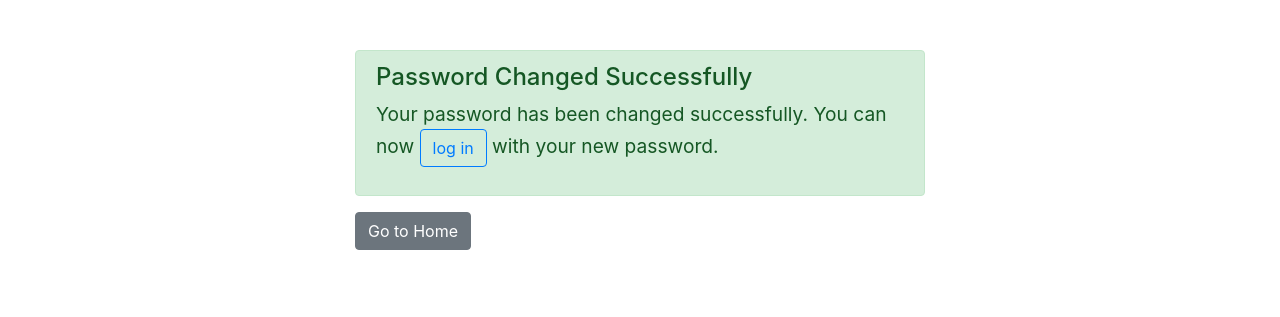
Repository: nyeinsu4520/tourland
Page: http://localhost/password-changed
An editor plug-in stored every save of this project. The page is shown before and after the next save, followed by the edit.
The browser window is 1280 px wide. The pictures show the whole page.
The page is this project's Thymeleaf template; nobody is signed in. The template is opened directly, without the code that normally fills it, so the values that code supplies are empty.

Above is the page before, as saved 2024-07-19 10:08:37.

### Tourland/src/main/resources/templates/password-changed.html
<!DOCTYPE html>
<html xmlns:th="http://www.thymeleaf.org">
<head>
    <title>Password Changed</title>
    <!-- Bootstrap CSS -->
    <link href="https://stackpath.bootstrapcdn.com/bootstrap/4.3.1/css/bootstrap.min.css" rel="stylesheet">
    <!-- Custom CSS for additional styling -->
    <style>
        .container {
            max-width: 600px;
            margin-top: 50px;
        }
        .alert-success {
            font-size: 1.2em;
        }
    </style>
</head>
<body>
    <div class="container">
        <div class="alert alert-success" role="alert">
            <h4 class="alert-heading">Password Changed Successfully</h4>
            <p>Your password has been changed successfully. You can now <a th:href="@{/login}" class="btn btn-outline-primary">log in</a> with your new password.</p>
        </div>
        <a th:href="@{/}" class="btn btn-secondary">Go to Home</a>
    </div>
    <!-- Bootstrap JS, Popper.js, and jQuery -->
    <script src="https://code.jquery.com/jquery-3.3.1.slim.min.js"></script>
    <script src="https://cdnjs.cloudflare.com/ajax/libs/popper.js/1.14.7/umd/popper.min.js"></script>
    <script src="https://stackpath.bootstrapcdn.com/bootstrap/4.3.1/js/bootstrap.min.js"></script>
</body>
</html>

After the next save:
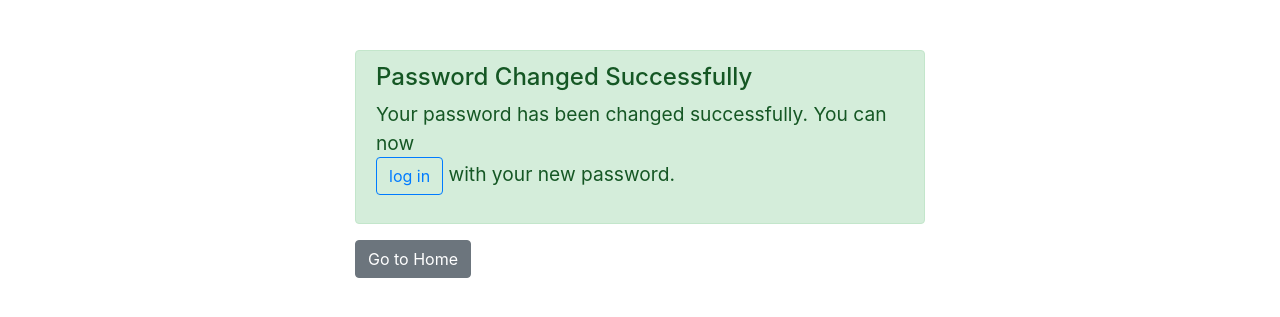
Saved 24 s later.
--- a/Tourland/src/main/resources/templates/password-changed.html
+++ b/Tourland/src/main/resources/templates/password-changed.html
@@ -19,7 +19,7 @@
     <div class="container">
         <div class="alert alert-success" role="alert">
             <h4 class="alert-heading">Password Changed Successfully</h4>
-            <p>Your password has been changed successfully. You can now <a th:href="@{/login}" class="btn btn-outline-primary">log in</a> with your new password.</p>
+            <p>Your password has been changed successfully. You can now <br> <a th:href="@{/login}" class="btn btn-outline-primary">log in</a> with your new password.</p>
         </div>
         <a th:href="@{/}" class="btn btn-secondary">Go to Home</a>
     </div>

After the save that followed:
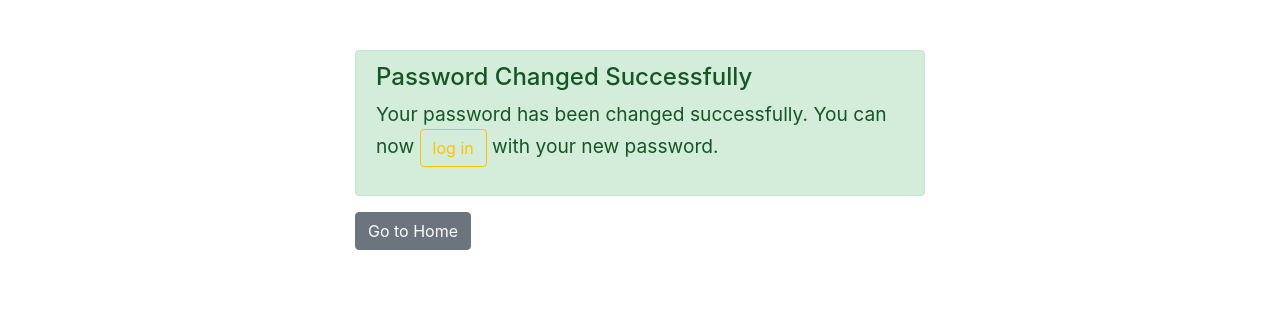
Saved 31 s later.
--- a/Tourland/src/main/resources/templates/password-changed.html
+++ b/Tourland/src/main/resources/templates/password-changed.html
@@ -19,7 +19,7 @@
     <div class="container">
         <div class="alert alert-success" role="alert">
             <h4 class="alert-heading">Password Changed Successfully</h4>
-            <p>Your password has been changed successfully. You can now <br> <a th:href="@{/login}" class="btn btn-outline-primary">log in</a> with your new password.</p>
+            <p>Your password has been changed successfully. You can now  <a th:href="@{/login}" class="btn btn-outline-warning">log in</a> with your new password.</p>
         </div>
         <a th:href="@{/}" class="btn btn-secondary">Go to Home</a>
     </div>
